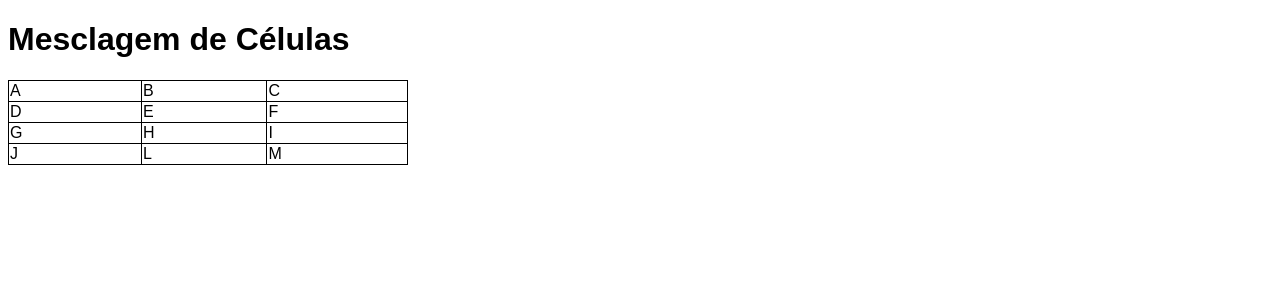
Repository: ClaytonEduard/cursoemvideo
Page: html-css/ex023/tabela003.html
An editor plug-in stored every save of this project. The page is shown before and after the next save, followed by the edit.
The browser window is 1280 px wide. The pictures show the whole page.

Above is the page before, as saved 2022-12-08 16:46:30.

After the next save:
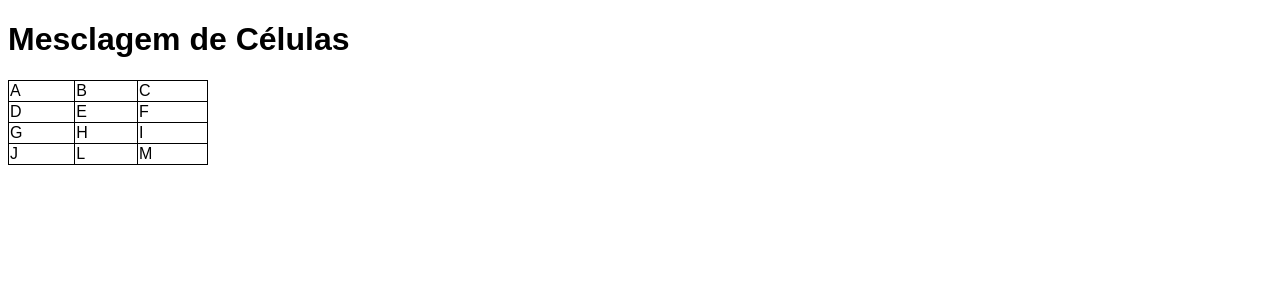
Saved 5 s later.
--- a/html-css/ex023/tabela003.html
+++ b/html-css/ex023/tabela003.html
@@ -13,7 +13,7 @@
         }
         table{
             border-collapse:collapse;
-            width: 400px;
+            width: 200px;
         }
         td{
             border: 1px solid black;
